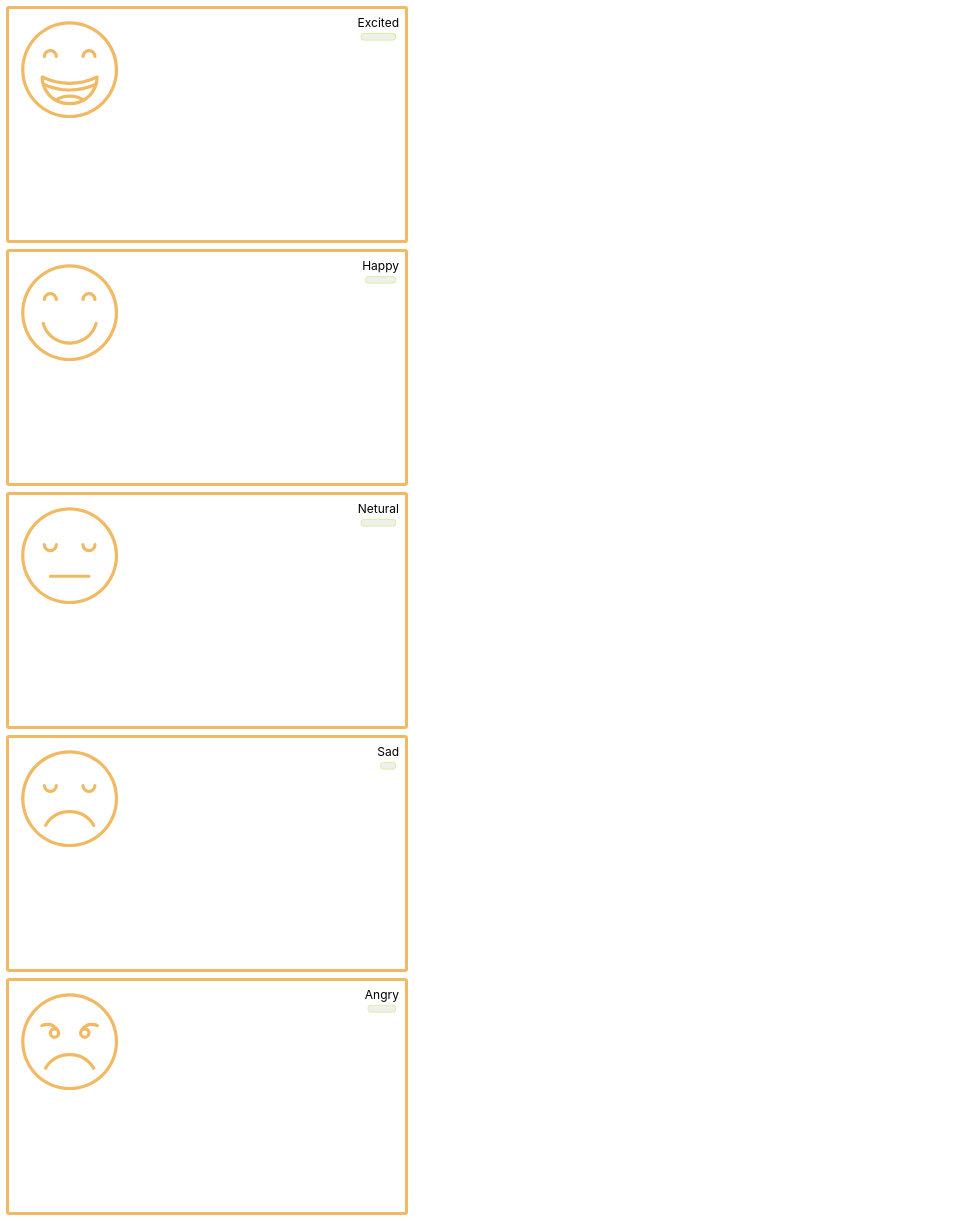
Repository: majakesin/moodify-app
Page: /
These files come from the project's save history. The page is drawn as it stood at one moment and after a run of saves; the edit follows.
The browser window is 1280 px wide. The pictures show the whole page, at 75% of full size.
The project was rebuilt for these pictures with package versions that can differ from the ones it lists, and the page was loaded fresh each time.

Above is the page before, as saved 2023-08-21 12:29:42.

After the next 5 saves:
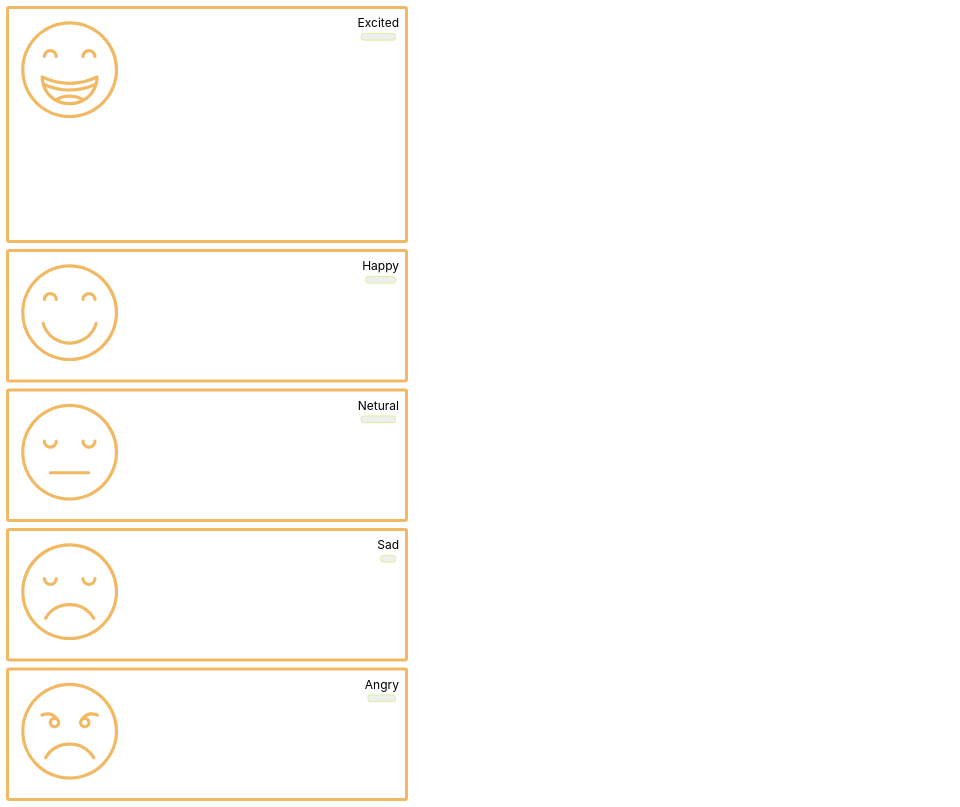
The 5 saves are shown as one change because they came seconds apart.
The last was saved 19 s later.
--- a/src/data/moods.js
+++ b/src/data/moods.js
@@ -12,7 +12,7 @@ export const moods = [
     },
     {
         type: 'Happy',
-        icon: <svg id="SvgjsSvg1102" width="288" height="288" xmlns="http://www.w3.org/2000/svg" version="1.1" xmlnsXlink="http://www.w3.org/1999/xlink" xmlnsSvgjs="http://svgjs.com/svgjs">
+        icon: <svg id="SvgjsSvg1102" width="288" xmlns="http://www.w3.org/2000/svg" version="1.1" xmlnsXlink="http://www.w3.org/1999/xlink" xmlnsSvgjs="http://svgjs.com/svgjs">
                 <defs id="SvgjsDefs1103"></defs>
                 <g id="SvgjsG1104">
                     <svg xmlns="http://www.w3.org/2000/svg" data-name="Layer 1" viewBox="0 0 1012 1012" width="288" height="288">
@@ -23,7 +23,7 @@ export const moods = [
     },
     {
         type: 'Netural',
-        icon: <svg id="SvgjsSvg1123" width="288" height="288" xmlns="http://www.w3.org/2000/svg" version="1.1" xmlnsXlink="http://www.w3.org/1999/xlink" xmlnsSvgjs="http://svgjs.com/svgjs">
+        icon: <svg id="SvgjsSvg1123" width="288" xmlns="http://www.w3.org/2000/svg" version="1.1" xmlnsXlink="http://www.w3.org/1999/xlink" xmlnsSvgjs="http://svgjs.com/svgjs">
                 <defs id="SvgjsDefs1124"></defs>
                 <g id="SvgjsG1125">
                     <svg xmlns="http://www.w3.org/2000/svg" data-name="Layer 1" viewBox="0 0 1012 1012" width="288" height="288">
@@ -34,7 +34,7 @@ export const moods = [
     },
     {
         type: 'Sad',
-        icon: <svg id="SvgjsSvg1193" width="288" height="288" xmlns="http://www.w3.org/2000/svg" version="1.1" xmlnsXlink="http://www.w3.org/1999/xlink" xmlnsSvgjs="http://svgjs.com/svgjs">
+        icon: <svg id="SvgjsSvg1193" width="288" xmlns="http://www.w3.org/2000/svg" version="1.1" xmlnsXlink="http://www.w3.org/1999/xlink" xmlnsSvgjs="http://svgjs.com/svgjs">
                 <defs id="SvgjsDefs1194"></defs>
                 <g id="SvgjsG1195">
                     <svg xmlns="http://www.w3.org/2000/svg" data-name="Layer 1" viewBox="0 0 1012 1012" width="288" height="288">
@@ -45,7 +45,7 @@ export const moods = [
     },
     {
         type: 'Angry',
-        icon: <svg id="SvgjsSvg1217" width="288" height="288"  xmlns="http://www.w3.org/2000/svg" version="1.1" xmlnsXlink="http://www.w3.org/1999/xlink" xmlnSvgjs="http://svgjs.com/svgjs">
+        icon: <svg id="SvgjsSvg1217" width="288" xmlns="http://www.w3.org/2000/svg" version="1.1" xmlnsXlink="http://www.w3.org/1999/xlink" xmlnSvgjs="http://svgjs.com/svgjs">
                 <defs id="SvgjsDefs1218"></defs>
                      <g id="SvgjsG1219">
                         <svg xmlns="http://www.w3.org/2000/svg" data-name="Layer 1" viewBox="0 0 1012 1012" width="288" height="288">
